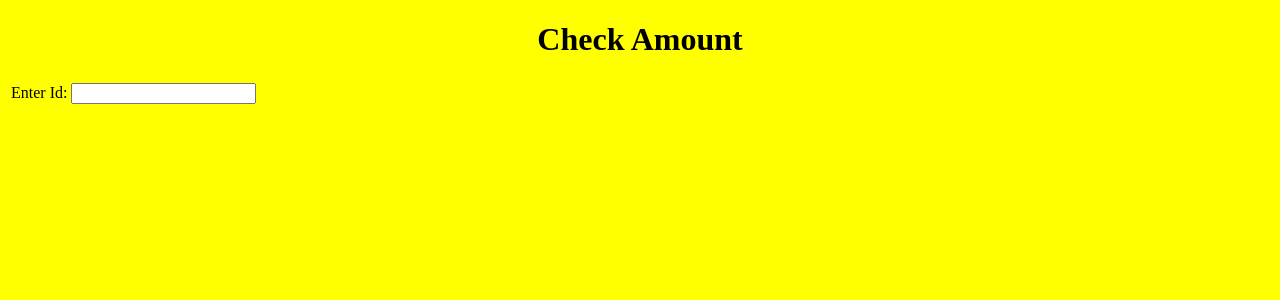
Repository: Surajkande2001/IGTSolution
Page: WebJSPProject/src/main/webapp/Check.html
An editor plug-in stored every save of this project. The page is shown before and after the next save, followed by the edit.
The browser window is 1280 px wide. The pictures show the whole page.

Above is the page before, as saved 2023-07-02 07:12:39.

After the next save:
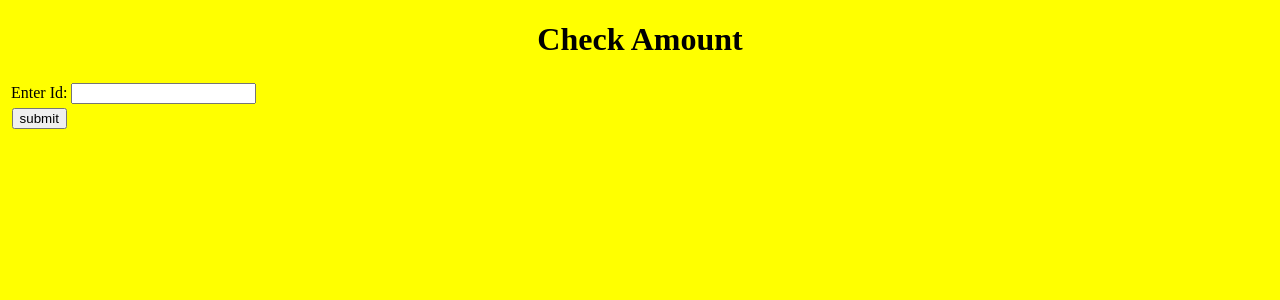
Saved 23 s later.
--- a/WebJSPProject/src/main/webapp/Check.html
+++ b/WebJSPProject/src/main/webapp/Check.html
@@ -19,7 +19,11 @@
 						<input type="text" name="id">
 					</td>
 				</tr>
-
+				<tr>
+					<td>
+						<input type="submit" value="submit">
+					</td>
+				</tr>
 			</table>
 		</form>
 	</div>
